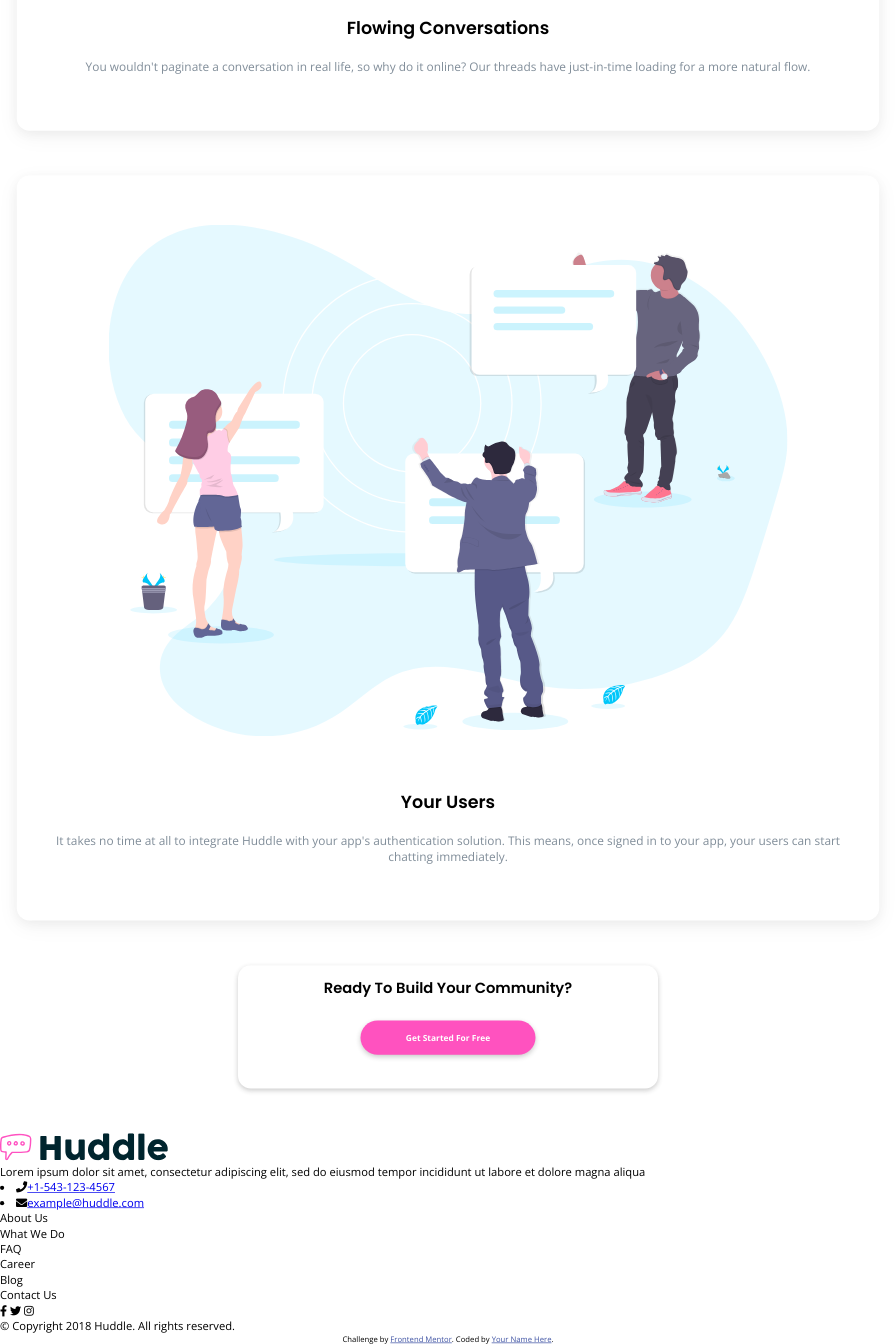
Repository: DejV44/Huddle-landing-page
Page: index.html
The author's editor kept a copy of each file at every save. The page is drawn from the files as they stood at one save, then again after the next save.
The browser window is 1280 px wide. The pictures show the part of the page from y = 3557 to 5477 px (the page is 5477 px tall before and 5445 px after), at 70% of full size.
The style sheet was rebuilt from its Sass, Less or Tailwind sources for each picture, by a compiler version that may differ from the author's.

Above is the page before, as saved 2021-08-20 08:32:32.

After the next save:
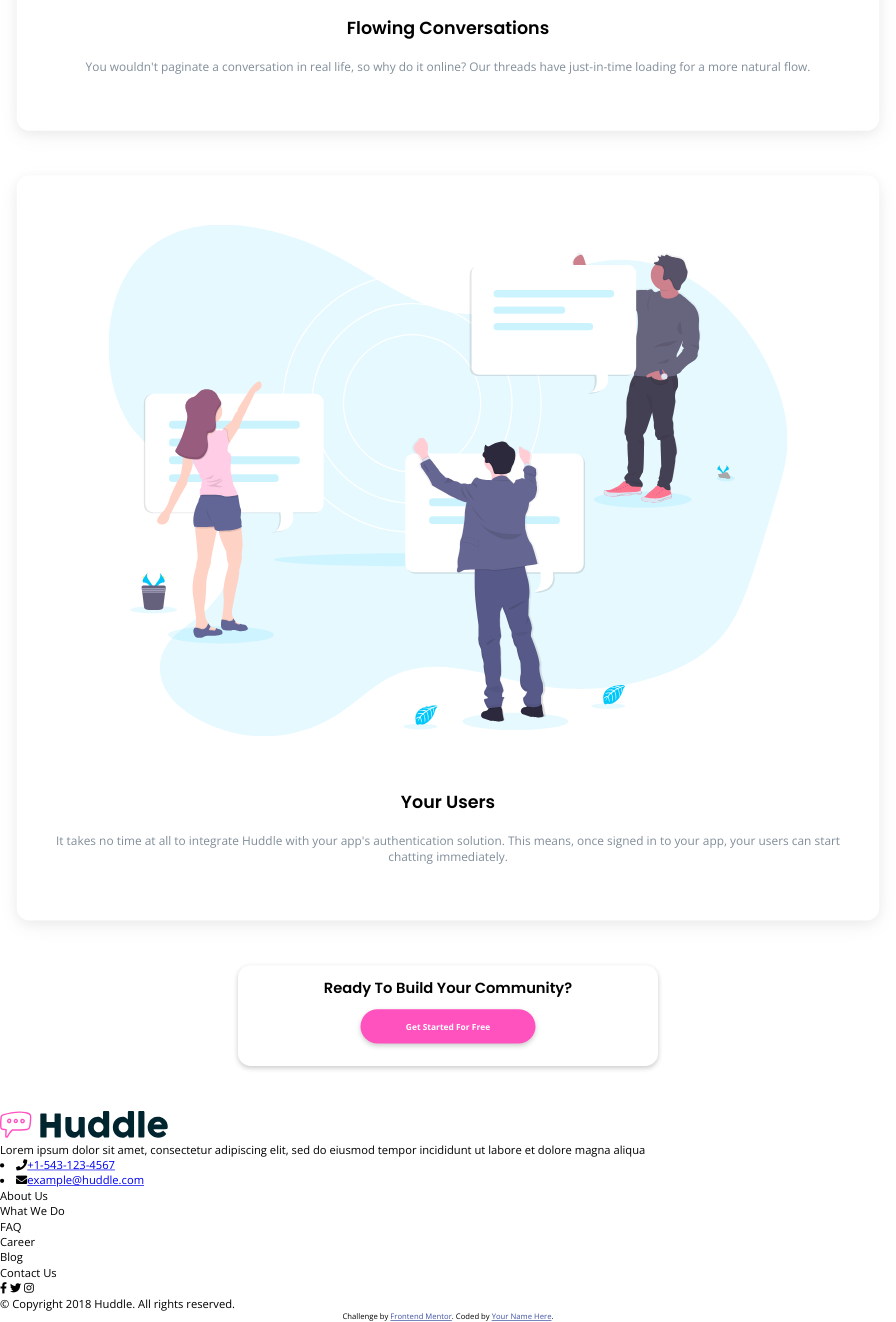
Saved 16 s later.
--- a/css/_cards.scss
+++ b/css/_cards.scss
@@ -31,7 +31,7 @@
             text-decoration: none;
             font-weight: 600;
             font-size: 12px;
-            margin: 2rem auto;
+            margin: 1rem auto;
             padding: 1rem 0;
             max-width: 250px;
             border-radius: 30px;
